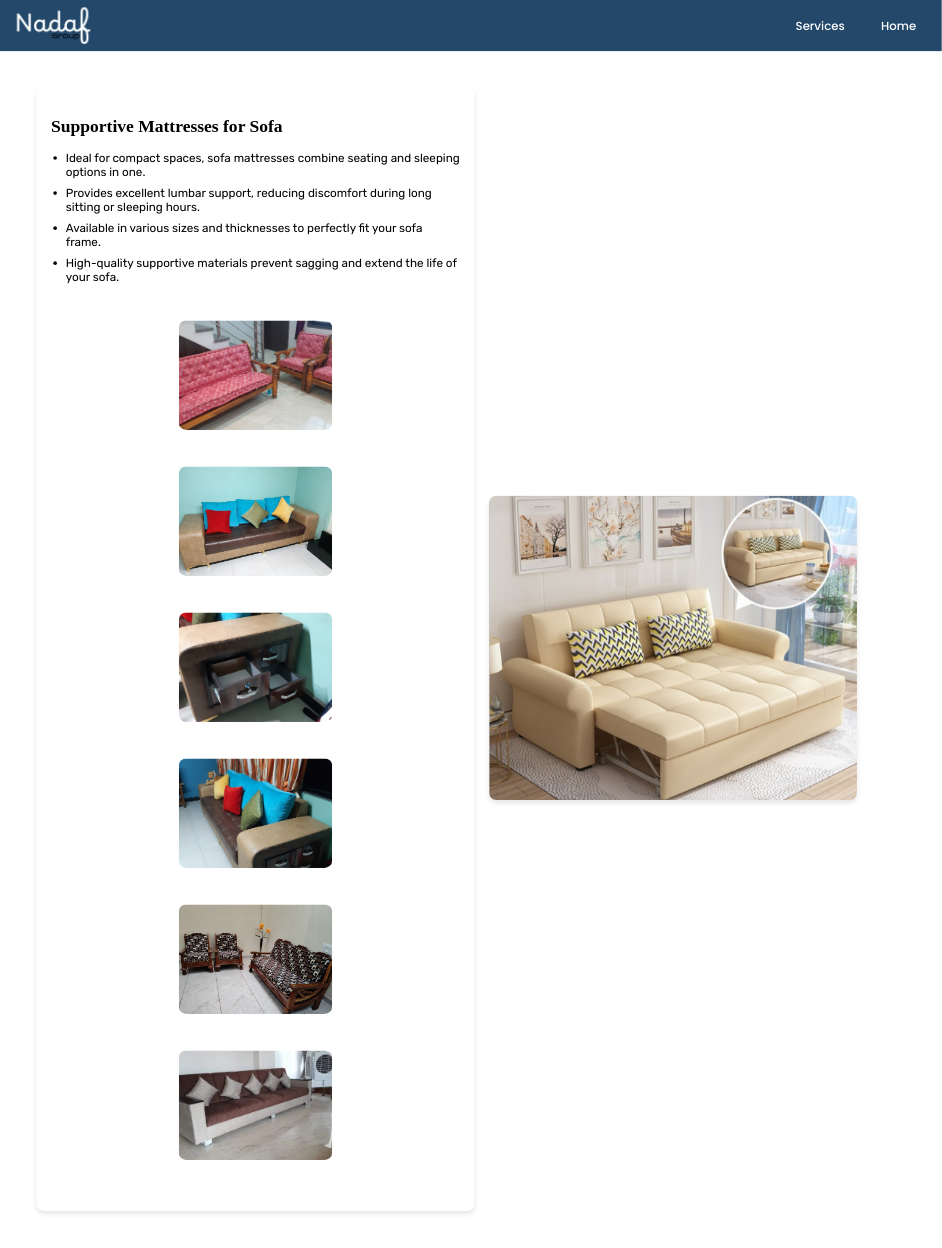
Repository: nadafgroup/rashidgadiUI
Page: src/sofa.html
These files come from the project's save history. The page is drawn as it stood at one moment and after the next save; the edit follows.
The browser window is 1280 px wide. The page is 1290 px wide, so the pictures cover 1290 px, including what lies to the right of the window. The pictures show the whole page, at 73% of full size.
Some web fonts or font styles are not loaded; a fallback is used.

Above is the page before, as saved 2025-01-30 17:49:00.

After the next save:
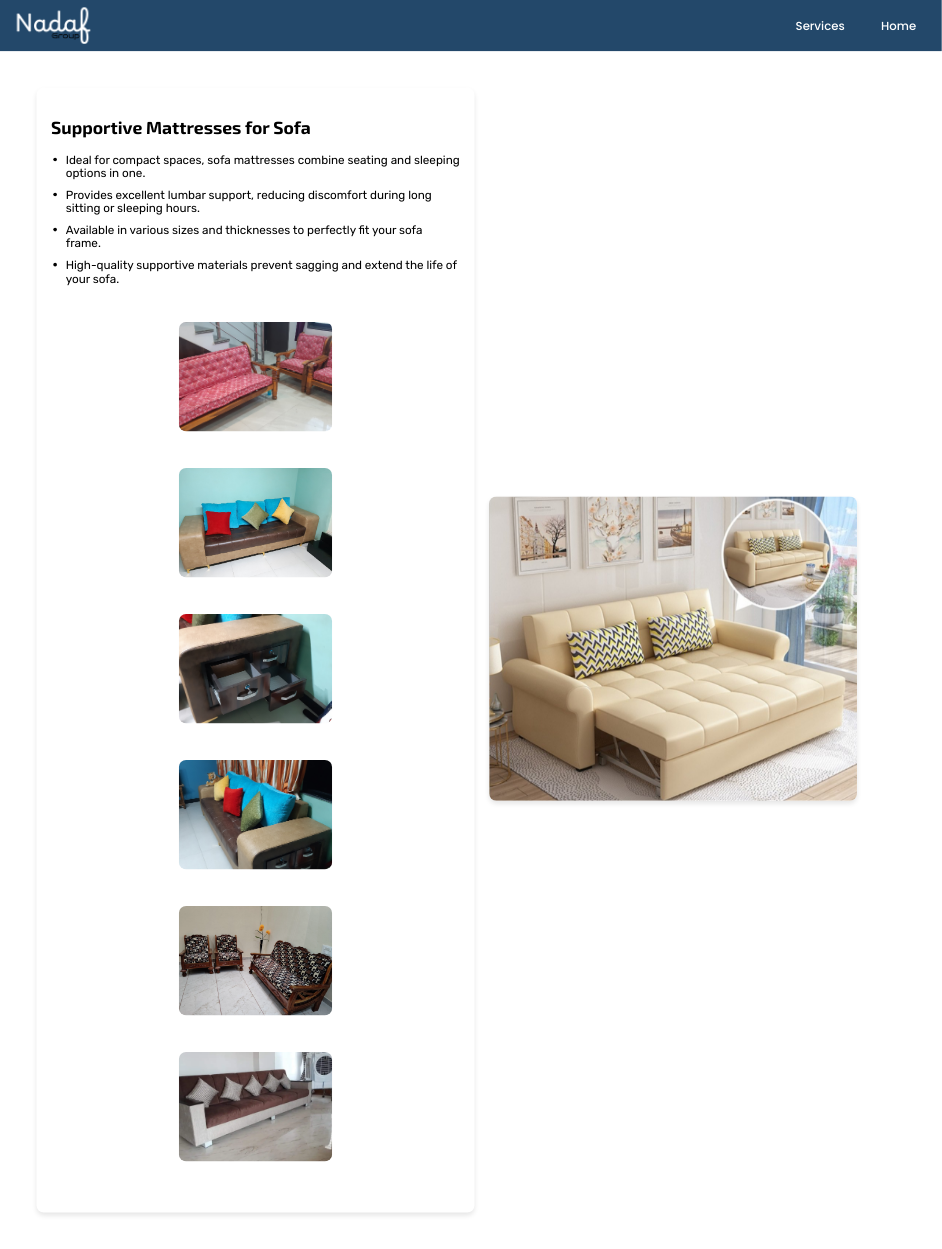
Saved 21 s later.
--- a/src/products.css
+++ b/src/products.css
@@ -125,7 +125,7 @@ header {
 }
 
 .info h2{
-    font-family: 'zilla';
+    font-family: 'Exo';
 }
 
 .info ul {
